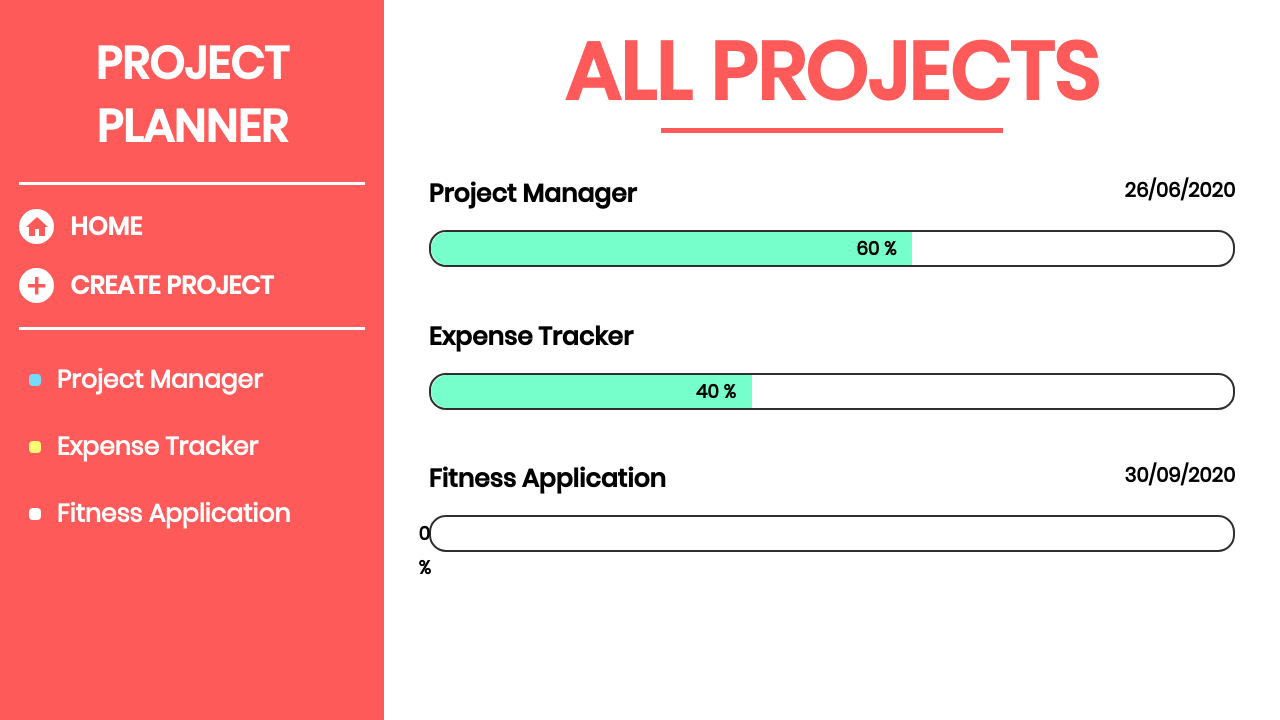
Repository: AzharMoosa/project-manager
Page: /
These files come from the project's save history. The page is drawn as it stood at one moment and after the next save; the edit follows.
The browser window is 1280 px wide. The pictures show the whole page.
The project was rebuilt for these pictures with package versions that can differ from the ones it lists, and the page was loaded fresh each time.

Above is the page before, as saved 2020-06-22 11:15:13.

### public/index.html
<!DOCTYPE html>
<html lang="en">
  <head>
    <meta charset="utf-8" />
    <link rel="icon" href="%PUBLIC_URL%/favicon.ico" />
    <meta name="viewport" content="width=device-width, initial-scale=1" />
    <meta name="theme-color" content="#000000" />
    <meta
      name="description"
      content="Web site created using create-react-app"
    />
    <link rel="apple-touch-icon" href="%PUBLIC_URL%/logo192.png" />

    <link rel="manifest" href="%PUBLIC_URL%/manifest.json" />

    <title>Project Planner</title>
  </head>
  <body>
    <noscript>You need to enable JavaScript to run this app.</noscript>
    <div id="root"></div>
  </body>
</html>

### src/App.js
import React from "react";
import Sidebar from "./components/sidebar/Siebar";
import Home from "./components/home/Home";
import { ProjectProvider } from "./ProjectContext";

import "./App.css";

function App() {
  return (
    <ProjectProvider>
      <div className='container'>
        <Sidebar />
        <Home />
      </div>
    </ProjectProvider>
  );
}

export default App;

### src/components/sidebar/Siebar.js
import React from "react";
import Header from "./Header";
import ProjectList from "../project-list/ProjectList";

const Siebar = () => {
  return (
    <div className='sidebar'>
      <Header />
      <ProjectList />
    </div>
  );
};

export default Siebar;

### src/components/home/Home.js
import React, { useContext } from "react";
import ProgectProgress from "./ProgectProgress";
import { ProjectContext } from "../../ProjectContext";

const Home = () => {
  // eslint-disable-next-line
  const [projects, setProjects] = useContext(ProjectContext);

  return (
    <div className='home'>
      <h1 className='home-title'>ALL PROJECTS</h1>
      {projects.map((project) => (
        <ProgectProgress
          name={project.name}
          date={project.date}
          progress={project.progress}
          key={project.id}
        />
      ))}
    </div>
  );
};

export default Home;

### src/ProjectContext.js
import React, { useState, createContext } from "react";

export const ProjectContext = createContext();

export const ProjectProvider = (props) => {
  const [projects, setProjects] = useState([
    {
      name: "Project Manager",
      overview:
        "A project management application which allows you to plan personal projects and track its progress.  Create detail plans of projects before developing projects.",
      tools: ["HTML", "CSS", "JAVASCRIPT", "REACT"],
      progress: 60,
      tasks: [
        "Create Project Plans",
        "Todo List for Each Project",
        "Track Progress",
        "Priority List",
        "Choose Tools In Each Project",
        "Clean And Simple Design",
        "Use REACT",
      ],
      color: "blue",
      date: "26/06/2020",
      id: 28392,
    },

    {
      name: "Expense Tracker",
      overview:
        "A expense tracker application which allows you to budget and track your savings.  Track what expenses you have",
      tools: ["HTML", "CSS", "JAVASCRIPT", "REACT"],
      progress: 40,
      tasks: [
        "Expenses In And Out",
        "Current Balance",
        "Highest Money Out",
        "Clean And Simple Design",
        "Use REACT",
      ],
      color: "yellow",
      date: "",
      id: 2032,
    },

    {
      name: "Fitness Application",
      overview:
        "A fitness application which can track workouts and meal plans. Plan exercise routines and meal plans all in one hub.",
      tools: [
        "HTML",
        "CSS",
        "JAVASCRIPT",
        "REACT",
        "NODEJS",
        "EXPRESS",
        "MONGODB",
      ],
      progress: 0,
      tasks: [
        "Exercise Plan",
        "Diet Plan",
        "Clean And Simple Design",
        "Use REACT",
      ],
      color: "white",
      date: "30/09/2020",
      id: 203234,
    },
  ]);

  return (
    <ProjectContext.Provider value={[projects, setProjects]}>
      {props.children}
    </ProjectContext.Provider>
  );
};

### src/App.css
:root {
  --red: #ff5a5a;
  --green: #76ffca;
  --blue: #76daff;
  --yellow: #fffa76;
  --purple: #ab76ff;
}

/* CSS RESET */

* {
  margin: 0;
  padding: 0;
  box-sizing: border-box;
}

/* Fonts */

@font-face {
  font-family: "Poppins-Med";
  src: url("./fonts/Poppins-Medium.ttf");
}

@font-face {
  font-family: "Poppins-Reg";
  src: url("./fonts/Poppins-Regular.ttf");
}

/* Body */

body {
  font-family: "Poppins-Reg";
  line-height: 1.4;
}

/* Utilities */

/* Bullet Points */

.white:before,
.blue:before,
.yellow:before,
.green:before,
.purple:before {
  content: " ";
  height: 12px;
  width: 12px;
  margin-right: 1rem;
  border-radius: 4px;
}

.blue:before {
  background-color: var(--blue);
}

.yellow:before {
  background-color: var(--yellow);
}

.green:before {
  background-color: var(--green);
}

.purple:before {
  background-color: var(--purple);
}

.white:before {
  background-color: #fff;
}

/* Container */
.container {
  display: flex;
  overflow: hidden;
}

/* Sidebar */
.sidebar {
  width: 30vw;
  background-color: var(--red);
  height: 100vh;
  color: #fff;
}

.title {
  font-size: 45px;
  font-family: "Poppins-Med";
  text-align: center;
  padding-top: 2rem;
}

.nav-btns::after,
.nav-btns:before {
  content: " ";
  display: block;
  border-bottom: 3px solid #fff;
  width: 100%;
  margin: 1.5rem auto;
}

.nav-btns {
  width: 90%;
  margin: auto;
}

.home-btn,
.create-project-btn {
  display: flex;
  align-items: center;
  margin-top: 1.5rem;
}

.home-btn h3,
.create-project-btn h3 {
  margin-left: 1rem;
  font-family: "Poppins-Med";
  font-size: 25px;
}

.home-btn svg,
.create-project-btn svg {
  cursor: pointer;
}

/* Home */

.home {
  width: 70vw;
  display: flex;
  flex-direction: column;
}

.home-title {
  font-size: 80px;
  font-family: "Poppins-Med";
  color: var(--red);
  text-align: center;
  margin-top: 1rem;
}

.home-title:after {
  content: " ";
  display: block;
  border-bottom: 5px solid var(--red);
  width: 342px;
  margin: 0 auto 1.5rem auto;
}

/* Project Sidebar List */
.project-side {
  width: 85%;
  margin: 2rem auto;
  display: flex;
  align-items: center;
  cursor: pointer;
}

.project-side h3 {
  font-size: 25px;
}

/* Progress Bar */
.progressbar {
  width: 90%;
  background-color: #fff;
  border: 2px solid #2f2f2f;
  border-radius: 17px;
  margin: 0 auto 2rem auto;
}

.progressbar > div {
  background-color: var(--green);
  height: 33px;
  border-radius: 17px 0 0 17px;
}

.progressbar > div h3 {
  display: flex;
  justify-content: flex-end;
  align-items: center;
  line-height: 1.8;
  margin-right: 1rem;
}

.project-title {
  width: 90%;
  margin: 1.2rem auto;
  display: flex;
  justify-content: space-between;
}

.project-title h3 {
  font-size: 25px;
  font-family: "Poppins-Med";
}

.project-title h4 {
  font-size: 20px;
  font-family: "Poppins-Reg";
}

### src/components/sidebar/Header.js
import React from "react";

const Header = () => {
  return (
    <div>
      <h1 className='title'>PROJECT PLANNER</h1>
      <div className='nav-btns'>
        <div className='home-btn'>
          <svg
            xmlns='http://www.w3.org/2000/svg'
            width='35'
            height='35'
            viewBox='0 0 35 35'
          >
            <g
              id='Home_Btn'
              data-name='Home Btn'
              transform='translate(-139 -182)'
            >
              <circle
                id='Ellipse_1'
                data-name='Ellipse 1'
                cx='17.5'
                cy='17.5'
                r='17.5'
                transform='translate(139 182)'
                fill='#fff'
              />
              <path
                id='icons8-home'
                d='M12,2.1,1,12H4v9h6V14h4v7h6V12h3Z'
                transform='translate(145 187.9)'
                fill='#ff5a5a'
              />
            </g>
          </svg>
          <h3>HOME</h3>
        </div>

        <div className='create-project-btn'>
          <svg
            xmlns='http://www.w3.org/2000/svg'
            width='35'
            height='35'
            viewBox='0 0 35 35'
          >
            <g id='Group_6' data-name='Group 6' transform='translate(-50 -242)'>
              <circle
                id='Ellipse_2'
                data-name='Ellipse 2'
                cx='17.5'
                cy='17.5'
                r='17.5'
                transform='translate(50 242)'
                fill='#fff'
              />
              <path
                id='icons8-plus'
                d='M8.922,2V8.922H2v1.538H8.922v6.922h1.538V10.461h6.922V8.922H10.461V2Z'
                transform='translate(58 250)'
                fill='#ff5a5a'
                stroke='#ff5a5a'
                strokeWidth='2'
                fillRule='evenodd'
              />
            </g>
          </svg>
          <h3>CREATE PROJECT</h3>
        </div>
      </div>
    </div>
  );
};

export default Header;

### src/components/project-list/ProjectList.js
import React, { useContext } from "react";
import { ProjectContext } from "../../ProjectContext";
import ProjectSide from "./ProjectSide";

const ProjectList = () => {
  // eslint-disable-next-line
  const [projects, setProjects] = useContext(ProjectContext);

  return (
    <div>
      {projects.map((project) => (
        <ProjectSide
          name={project.name}
          color={project.color}
          key={project.id}
        />
      ))}
    </div>
  );
};

export default ProjectList;

### src/components/home/ProgectProgress.js
import React from "react";
import ProgressBar from "./ProgressBar";

const ProgectProgress = ({ name, date, progress }) => {
  return (
    <div className='project-progress'>
      <div className='project-title'>
        <h3>{name}</h3>
        <h4>{date}</h4>
      </div>
      <ProgressBar progress={progress} />
    </div>
  );
};

export default ProgectProgress;

### src/components/project-list/ProjectSide.js
import React from "react";

const Project = ({ name, color }) => {
  return (
    <div className={`project-side ${color}`}>
      <h3>{name}</h3>
    </div>
  );
};

export default Project;

### src/components/home/ProgressBar.js
import React from "react";

const ProgressBar = ({ progress }) => {
  return (
    <div className='progressbar'>
      <div style={{ width: `${progress}%` }}>
        <h3>{progress} %</h3>
      </div>
    </div>
  );
};

export default ProgressBar;

Loaded but not shown: src/index.js (common file)

After the next save:
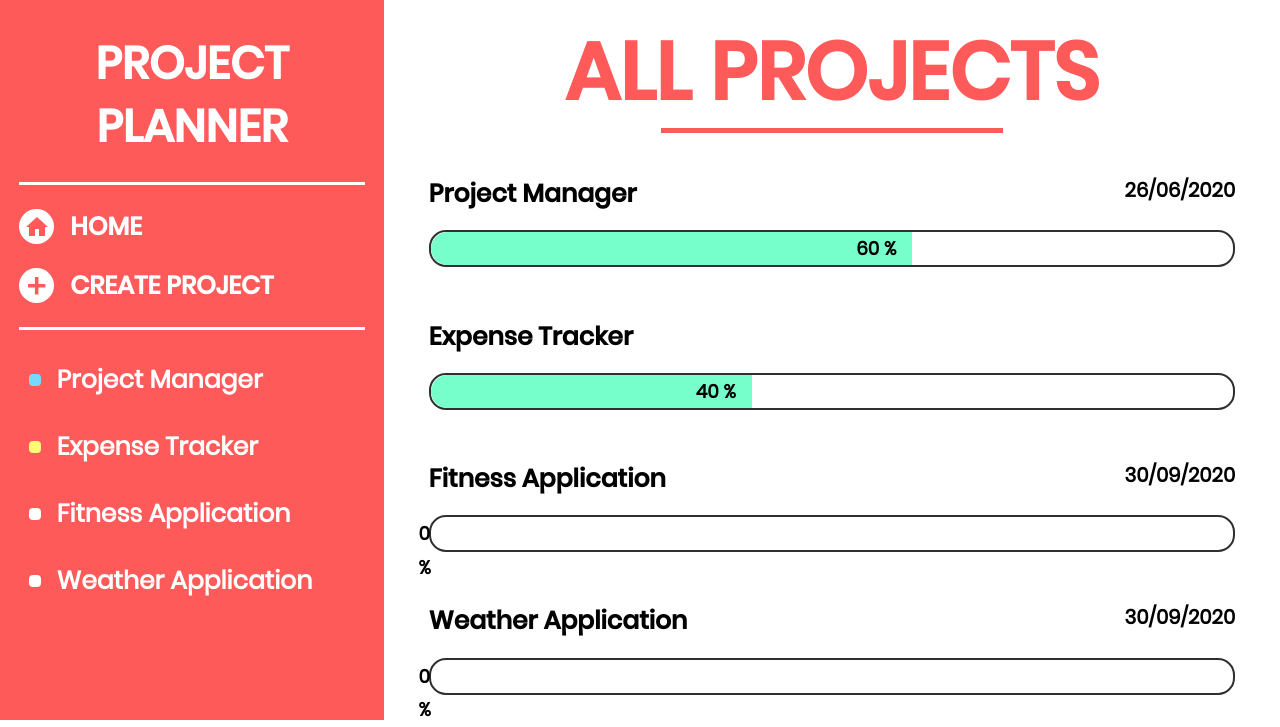
Saved 28 s later.
--- a/src/ProjectContext.js
+++ b/src/ProjectContext.js
@@ -66,6 +66,31 @@ export const ProjectProvider = (props) => {
       date: "30/09/2020",
       id: 203234,
     },
+
+    {
+      name: "Weather Application",
+      overview:
+        "A fitness application which can track workouts and meal plans. Plan exercise routines and meal plans all in one hub.",
+      tools: [
+        "HTML",
+        "CSS",
+        "JAVASCRIPT",
+        "REACT",
+        "NODEJS",
+        "EXPRESS",
+        "MONGODB",
+      ],
+      progress: 0,
+      tasks: [
+        "Exercise Plan",
+        "Diet Plan",
+        "Clean And Simple Design",
+        "Use REACT",
+      ],
+      color: "white",
+      date: "30/09/2020",
+      id: 203234,
+    },
   ]);
 
   return (
